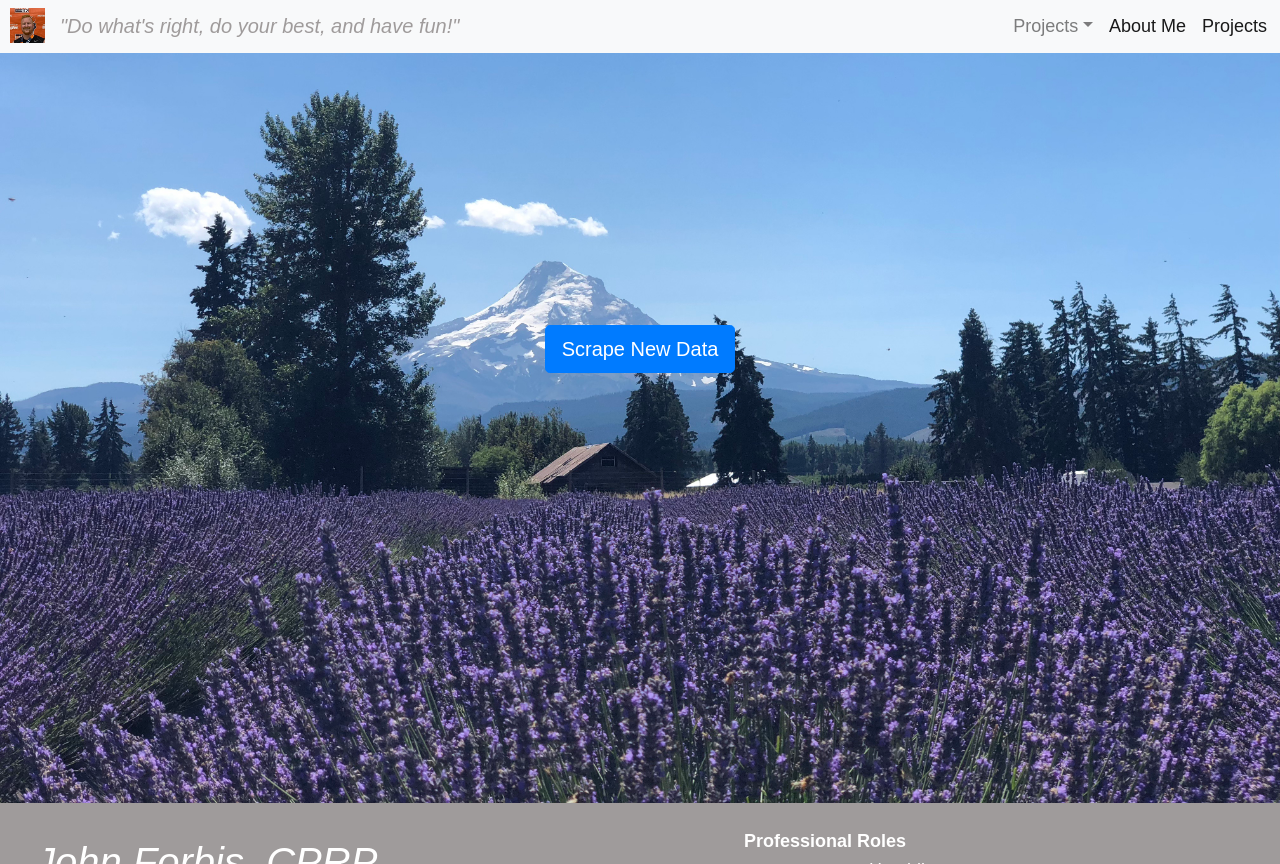
Repository: jforbis/john-forbis-data-analyst
Page: index.html
An editor plug-in stored every save of this project. The page is shown before and after the next save, followed by the edit.
The browser window is 1280 px wide. The pictures show the part of the page from y = 0 to 864 px (the page is 1960 px tall before and 2147 px after).
A picture or video elsewhere on the page could not be fetched, so the positions and the page height are approximate. Backgrounds fixed to the window are drawn as part of the page.

Above is the page before, as saved 2021-03-17 23:32:48.

### index.html
<!DOCTYPE html>
<html lang="en">

<head>
<meta charset="UTF-8">
<title class="text">John Forbis, CPRP</title>
<!--Bootstrap style sheet-->
<link rel="stylesheet" href="https://stackpath.bootstrapcdn.com/bootstrap/4.3.1/css/bootstrap.min.css" integrity="sha384-ggOyR0iXCbMQv3Xipma34MD+dH/1fQ784/j6cY/iJTQUOhcWr7x9JvoRxT2MZw1T" crossorigin="anonymous">
<!--link to style sheet-->
<link rel="stylesheet" type="text/css" href="static/css/style.css">
</head>

<!--Top Nav Bar-->
<nav class="navbar-expand-lg navbar-light bg-light nav-color navbar nav">
    <a class="navbar-brand" href="about_me.html">
        <img class="headshot-sm" src="resources/images/headshot.jpg">
    </a>
    <a class="navbar-brand" id="tagline" href="index.html"> <i>"Do what's right, do your best, and have fun!"</i></a>
    <button class="navbar-toggler" type="button" data-bs-toggle="collapse" data-bs-target="#navbarSupportedContent"
        aria-controls="navbarSupportedContent" aria-expanded="false" aria-label="Toggle navigation">
        <span class="navbar-toggler-icon"></span>
    </button>
    <div class="collapse navbar-collapse justify-content-end" id="navbarSupportedContent">
        <div class="nav navbar-nav navbar-right">
            <ul class="navbar-nav me-auto mb-2 mb-lg-0">
                <li class="nav-item dropdown">
                    <a class="nav-link dropdown-toggle" href="#" id="navbarDropdown" role="button"
                        data-bs-toggle="dropdown" aria-expanded="false">Projects</a>
                    <ul class="dropdown-menu" aria-labelledby="navbarDropdown">
                        <a class="dropdown-item" href="visualizations/maxtemp.html">Schooling</a>
                        <a class="dropdown-item" href="visualizations/humidity.html">Career</a>
                        <a class="dropdown-item" href="visualizations/cloudiness.html">Accolades</a>
                    </ul>
                </li>
                <li class="nav-item active">
                    <a class="nav-link" href="comparisons.html">About Me </a>
                </li>
                <li class="nav-item active">
                    <a class="nav-link" href="data.html">Projects </a>
                </li>
            </ul>
        </div>
    </div>
</nav>

<div class="wrapper">
    <!-- <nav class="navbar navbar-default">
        <div class="container-fluid">
        <div class="navbar-header">
            <!-- <a class="navbar-brand" href="index.html">UFO Sightings
            <img class="nav-ufo" src="resources/images/headshot.jpg">
            </a> -->
        <!-- </div>
        </div>
    </nav> -->
    <div class="hero text-center">
        <h1 class="text"><b>JOHN FORBIS, CPRP</b></h1>
        <p><a class="btn btn-primary btn-lg" href="#" role="button">Scrape New Data</a></p>
    </div>

<body>
    <h1><i>John Forbis, CPRP</i></h1>
    <hr>
    <table>
        <tr>
            <td>
                <div class="card" style="width: 40rem;">
                    <img src="Resources/assets/images/Fig1.png" class="card-img-top" alt="...">
                    <div class="card-body">
                    <h5 class="card-title">My brand:</h5>
                    <p class="card-text">
                        Data analyst with a passion for innovation, data analysis and keeping it fun!
                        <br>
                        <br>
                        With a background in public service, facility management, and leadership of
                        muli-level teams as well as extensive training in both leadership and data analytics
                        through the Leadership Intensive program by The Changing Point and the University
                        of Kansas Data Analytics boot camp respectively, I would make a great addition
                        to any team. Acquired skills in: advanced Excel, Python, Pandas, API calls,
                        SQL, Java Script and Machine Learning.
                        <br><br>
                        I enjoy a good problem needing solved
                        and love to utilize data to tell the story. I am a proven innovator in my
                        career with a ‘can-do’ mindset; always searching for new and better solutions.

                    </p>
                    <a href="https://www.linkedin.com/in/john-forbis-cprp-96921513/" class="btn btn-primary">Connect with me!</a>
                    </div>
                </div>
            </td>
            <td style="vertical-align:bottom">
                <div class="second_card" style="width: 40rem;">
                        <div class="card-body">
                            <table>
                                <tr>
                                <th colspan=2>Professional Roles</th>
                                </tr>
                                <tr>
                                <td id="career-img">CivicPlus | Implementation Consultant
                                    <a href="cp.html">
                                        <img src="resources/images/cr.png" class="card-img-top" alt="...">
                                    </a>
                                </td>
                                <td>Humidity
                                    <a href="visualizations/humidity.html">
                                        <img src="Resources/assets/images/Fig2.png" class="card-img-top" alt="...">
                                    </a>
                                </td>
                                </tr>
                                <tr>
                                    <td>Cloudiness
                                        <a href="visualizations/cloudiness.html">
                                            <img src="Resources/assets/images/Fig3.png" class="card-img-top" alt="...">
                                    </a>
                                    </td>
                                    <td>Wind Speed
                                        <a href="visualizations/windspeed.html">
                                            <img src="Resources/assets/images/Fig3.png" class="card-img-top" alt="...">
                                        </a>
                                    </td>
                                </tr>
                                <tr>
                                    <td>
                                        </br>
                                        </br>
                                        </br>
                                        </br>
                                        </br>
                                        </br>
                                        </br>
                                        </br>
                                        </br>
                                    </td>
                                </tr>
                                <tr>
                                    <td></td>
                                </tr>
                                <tr>
                                    <td></td>
                                </tr>
                                <tr>
                                    <td></td>
                                </tr>
                                <tr>
                                    <td></td>
                                </tr>
                                <tr>
                                    <td></td>
                                </tr>
                                <tr>
                                    <td></td>
                                </tr>
                            </table>
                        </div>
                </div>
            </td>
        </tr>
    </table>
</div>
</body>

<!--<table>
    <tr>
      <th>Month</th>
      <th>Savings</th>
    </tr>
    <tr>
      <td>January</td>
      <td>$100</td>
    </tr>
    <tr>
      <td>February</td>
      <td>$80</td>
    </tr>
    <tr>
      <td colspan="2">Sum: $180</td>
    </tr>
  </table>-->

### static/css/style.css
/* Styling for HTML elements */
body {
padding: 0;
margin: 0;
font-family: Georgia, "Times New Roman", Times, serif;
font-size: 18px;
line-height: 150%;
color: rgb(255, 255, 255);
background: #9f9b9b;
}

#career-img {
    width: 30px;
}
.dropdown {
position: relative;
display: inline-block;
}

.dropdown-menu {
display: none;
position: absolute;
background-color: #f9f9f9;
min-width: 160px;
box-shadow: 0px 8px 16px 0px rgba(0,0,0,0.2);
padding: 12px 16px;
z-index: 1;
}

.dropdown:hover .dropdown-menu {
display: block;
}

h1 {
padding: 25px;
margin: 10px;
color: white
}

h3 {
margin-left: 35px;
color: white;
font-size: 16px
}

hr {
height: 2px;
background-color: white
}

.card {
color: #9f9b9b;
font-size: 14px;
margin-left: 40px;
margin-top: top;
border-color: #9f9b9b;
vertical-align: text-top
}

.second_card {
margin-top: -140px;
margin-left: 40px
}

.card-img-top {
width: 90%;
height: auto;
}

.card-title {
font-size: 18px
}

.top_row {
position: sticky;
top: 0;
background-color: #353A3F;
}

.navbar-expand-lg navbar-light bg-light nav-color navbar nav {
position: sticky;
top: 0;
}

* {
box-sizing: border-box;
font-family: Ubuntu, sans-serif;
}

html,
body {
height: 100%;
padding: 0;
margin: 0;
}

/* The wrapper contains all of the page's content besides the footer, which is pushed to the bottom of the page */
.wrapper {
position: relative;
min-height: 100%;
padding-bottom: 130px;
overflow: auto;
}

/* The footer is positioned at the bottom of the page */
.footer {
position: absolute;
right: 0;
bottom: 0;
left: 0;
min-height: 100px;
background: #4e5d6c;
}

/* The code styles the text at the bottom of the footer */
.footer > .bottom {
position: absolute;
right: 0;
bottom: 0;
left: 0;
padding: 5px;
background: #1b3146;
}

.navbar {
padding: 5px;
margin: 0;
}

/* This CSS styles the photo in the navbar */
.headshot-sm {
position: absolute;
bottom: 10px;
left: 10px;
width: 35px;
color: white;
}

#tagline {
    position: absolute;
    left: 60px;
    font-family: verdana;
    color: #9f9b9b;
}

/* Adding styles to the aside and filter form */
.ufo-form {
margin-top: 50px;
}

.filters .panel-body {
padding: 0;
}

.filters {
margin-top: 10px;
}

select {
display: block;
width: 100%;
padding: 8px;
color: #8e979f;
outline: none;
}

#table-area th {
text-align: center;
}

#table-area th:first-child,
#table-area th:nth-child(2),
#table-area th:nth-child(6) {
min-width: 70px;
}

.loader {
margin-top: 50px;
}

.margin-top-50 {
margin-top: 50px;
}

/* The styles for the parallax */
.hero {
position: relative;
height: 750px;
padding: 10px;
margin: 0;
background-image: url("../../resources/images/IMG_1779.jpg");
background-attachment: fixed;
background-position: bottom center;
background-size: cover;
}

.hero h1 {
margin-top: 200px;
font-size: 0.1rem;
animation: title 1.2s forwards linear;
}

.hero p {
font-size: 2rem;
opacity: 0;
animation: subtitle 1.2s forwards linear;
animation-delay: 1.2s;
}

/* input placeholder color changes */
.form-control::-webkit-input-placeholder {
/* Chrome/Opera/Safari */
color: #8e979f;
}

.form-control::-moz-placeholder {
/* Firefox 19+ */
color: #8e979f;
}

.form-control:-ms-input-placeholder {
/* IE 10+ */
color: #8e979f;
}

.form-control:-moz-placeholder {
/* Firefox 18- */
color: #8e979f;
}

/* media queries which will only be activated at specific screen sizes */
@media (max-width: 800px) {
#table-area td {
    font-size: 1em;
}
}

@media (max-width: 500px) {
#table-area thead {
    display: none;
}

#table-area tr td:first-child {
    font-size: 1.8em;
    font-weight: bold;
    background: #1b3146;
}

#table-area tr td:last-child {
    margin-bottom: 20px;
}

#table-area tr td:last-child::after {
    display: block;
    width: 100%;
    height: 1px;
    margin-top: 20px;
    content: " ";
    background: aliceblue;
}

#table-area td {
    font-size: 1.25em;
}

#table-area tbody td {
    display: block;
    text-align: center;
}

#table-area tbody td::before {
    display: block;
    font-size: 1.4em;
    font-weight: bold;
    text-align: center;
    content: attr(data-th);
}

.hero h1 {
    animation: smaller-title 1.2s forwards linear;
}
}

/* keyframe animations which will be used to animate the title */
@keyframes title {
from {
    opacity: 0;
}

to {
    font-size: 7.5rem;
    opacity: 1;
}
}

@keyframes smaller-title {
from {
    opacity: 0;
}

to {
    font-size: 5.5rem;
    opacity: 1;
}
}

@keyframes subtitle {
from {
    opacity: 0;
}

to {
    opacity: 1;
}
}

After the next save:
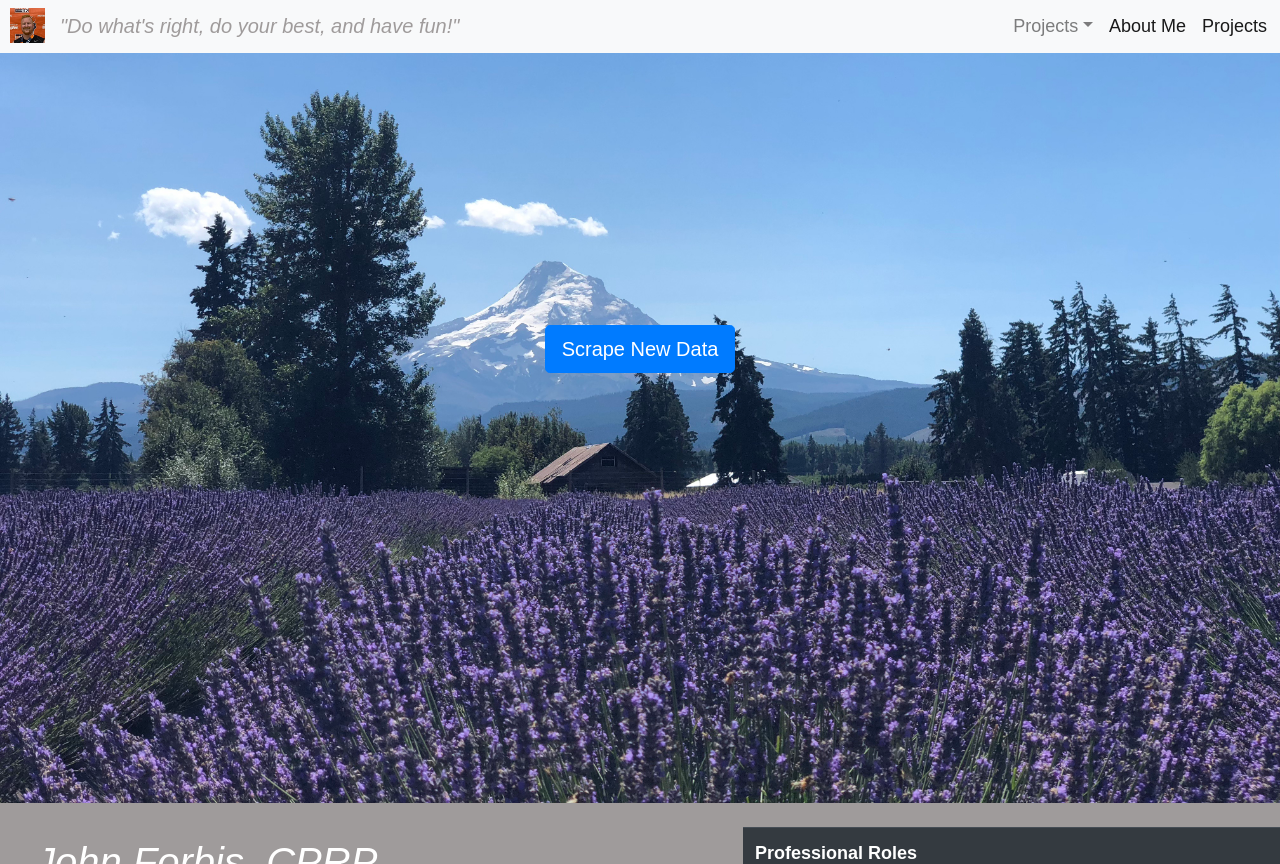
Saved 73 s later.
--- a/index.html
+++ b/index.html
@@ -91,7 +91,7 @@
             <td style="vertical-align:bottom">
                 <div class="second_card" style="width: 40rem;">
                         <div class="card-body">
-                            <table>
+                            <table class="table table-dark">
                                 <tr>
                                 <th colspan=2>Professional Roles</th>
                                 </tr>

After the save that followed:
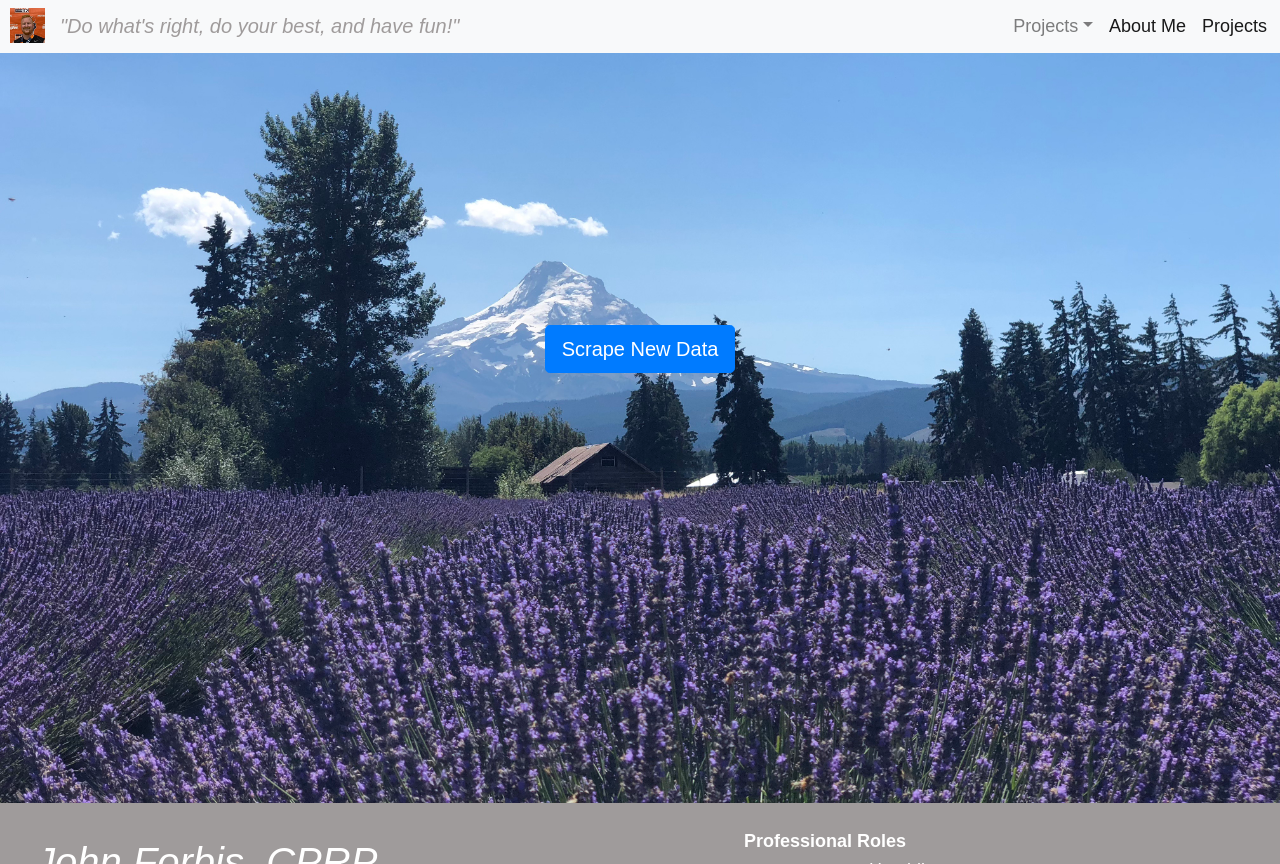
Saved 18 s later.
--- a/index.html
+++ b/index.html
@@ -91,7 +91,7 @@
             <td style="vertical-align:bottom">
                 <div class="second_card" style="width: 40rem;">
                         <div class="card-body">
-                            <table class="table table-dark">
+                            <table>
                                 <tr>
                                 <th colspan=2>Professional Roles</th>
                                 </tr>
